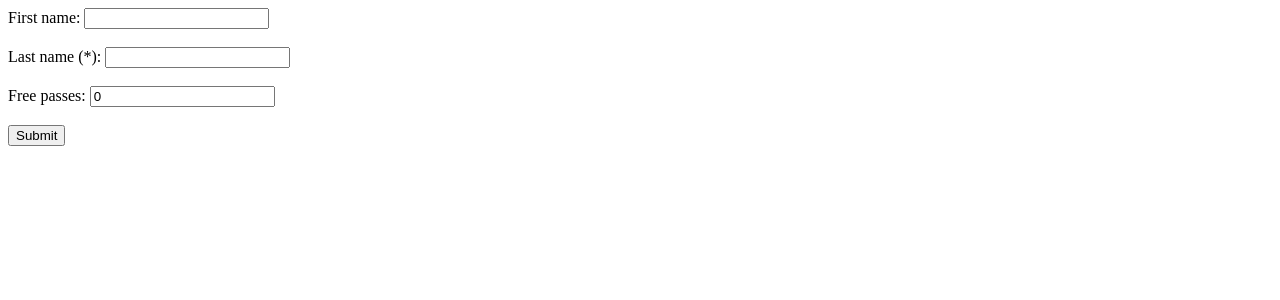
Repository: ltingyu66/project
Page: http://localhost/spring-mvc-demo/customer/showForm
These files come from the project's save history. The page is drawn as it stood at one moment and after the next save; the edit follows.
The browser window is 1280 px wide. The pictures show the whole page.
The page is served by Tomcat 9.

Above is the page before, as saved 2020-03-14 03:07:19.

After the next save:
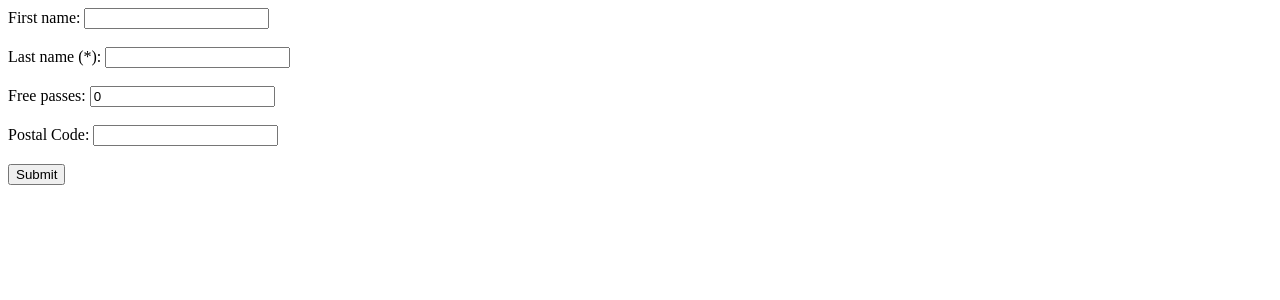
Saved 74 s later.
--- a/spring-mvc-demo/WebContent/WEB-INF/view/customer-form.jsp
+++ b/spring-mvc-demo/WebContent/WEB-INF/view/customer-form.jsp
@@ -25,6 +25,9 @@
 		Free passes: <form:input path="freePasses"/>
 		<form:errors path="freePasses" cssClass="error" />
 		<br><br>
+		Postal Code: <form:input path="postalCode"/>
+		<form:errors path="postalCode" cssClass="error" />
+		<br><br>
 		<input type="submit" value="Submit" />
 
 	</form:form>
